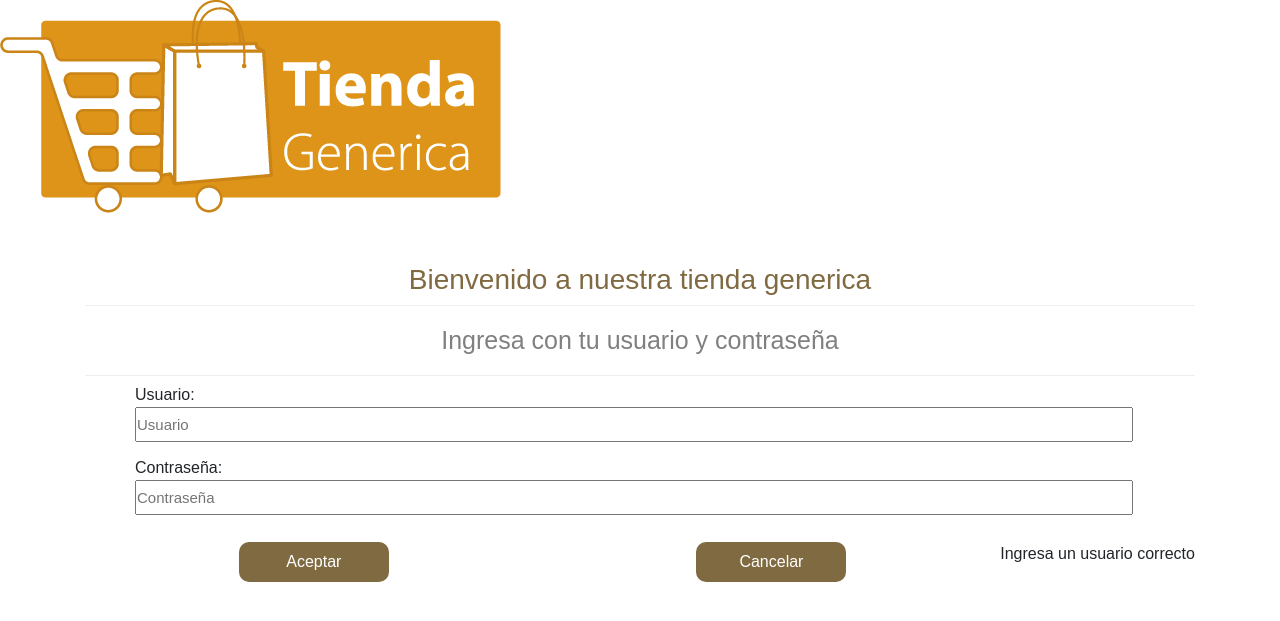
Repository: andresrojas686/tiendaGenericaMintic
Page: primerJSP/src/main/webapp/index.html
The author's editor kept a copy of each file at every save. The page is drawn from the files as they stood at one save, then again after the next save.
The browser window is 1280 px wide. The pictures show the whole page.

Above is the page before, as saved 2021-09-27 02:01:16.

### primerJSP/src/main/webapp/index.html
<!DOCTYPE html>
<html>
<head>
<meta charset="ISO-8859-1">
<link rel="stylesheet" href="style/styles.css">
<link rel="stylesheet" href="style/main.css">
<link rel="shortcut icon" href="img/logo_pestana.png" />
<title>Tienda generica Eclipse</title>
</head>
<body>
	<img alt="" src="img/logo_header.png" class="logo">
	<h1 class="titulo-tienda">Bienvenido a nuestra tienda generica</h1>
	<section class="main">
		<div class="container">
			<section class="row">
				<div class="col">
					<div class="border-top border-bottom py-3">
						<p class="ingresa">Ingresa con tu usuario y contraseña</p>
				    </div>
				    <div>
						<form action="comprobarUsuario.jsp" method="post">
							<label for="usuario">
								<span>Usuario:</span>
								<input type="text" name="usuario" placeholder="Usuario" id="usuario">
							</label>
							<label for="pass">
								<span>Contraseña:</span>
								<input type="password" name="pass" placeholder="Contraseña" id="pass">
							</label>
							<div class="contenedor-botones">
								<input type="submit" value="Aceptar" class="botones-usuario">
								<input type="reset" value="Cancelar" class="botones-usuario">
								<br>
								<p id="demo"></p>
							</div>
						</form>
					</div>
				</div>
			</section>
		</div>
	</section>
	<script>
		document.getElementById("demo").innerHTML = "Ingresa un usuario correcto";
	</script>
</body>
</html>

### primerJSP/src/main/webapp/style/styles.css
@charset "ISO-8859-1";
*{
    margin: 0;
    padding: 0;
}
body{
	background-color: red;
}
.titulo-tienda{
  text-align: center;
  margin-top: 50px;
  font-family:Arial, Helvetica, sans-serif;
  font-size: 28px;
  color: #806a41;
}
.ingresa{
  text-align: center;
  font-size: 25px;
  color: grey;
}
form label{
  margin-left: 50px;
  margin-top: 7px;
  margin-bottom: 7px;
}
.usuario{
  display: flex;
}
form label input{
  flex-wrap: wrap;
  width: 78vw;
  height: 35px;
  font-size: 15px;
  /* border-radius: 5px; */
}
.contenedor-botones{
  margin-top: 20px;
  display: flex;
  width: 100%;
}

.botones-usuario{
  margin: 0 auto;
  width: 150px;
  height: 40px;
  color: white;
  border: 2px solid #806a41;
  background-color: #806a41;
  border-radius: 10px;
  cursor: pointer;
}
.botones-usuario a{
  color: white;
}
.botones-usuario:hover{
  background-color: white;
  color: #806a41;
  box-shadow: 3px 3px 3px gray;
}
.enlace-usuario{
  text-align: center;
  padding-top: 5px;
  width: 150px;
  height: 40px;
  color: white;
  border: 2px solid #806a41;
  background-color: #806a41;
  border-radius: 10px;
}
.enlace-usuario:hover{
  text-align: center;
  padding-top: 5px;
  width: 150px;
  height: 40px;
  color: white;
  border: 2px solid #806a41;
  background-color: white;
  color: #806a41;
  border-radius: 10px;
}

.agregar-usuario{
  background-color: #806a41 !important;
  border: none !important;
  margin-top: 15px;
}
.agregar-usuario:hover{
  box-shadow: 3px 3px 3px gray;
}


.editar-usuario{
  background-color: #806a41 !important;
  border: none !important;
  margin: 5px;
}
.editar-usuario:hover{
  box-shadow: 3px 3px 3px gray;
}

.eliminar-usuario{
  background-color: #806a41 !important;
  border: none !important;
  margin: 5px;
}
.eliminar-usuario:hover{
  box-shadow: 3px 3px 3px gray;
}


.titulo-tabla{
  color: #806a41;
}
.titulo-tabla-centrada{
  color: #806a41;
  text-align: center;
}

Loaded but not shown: primerJSP/src/main/webapp/style/main.css (library)

After the next save:
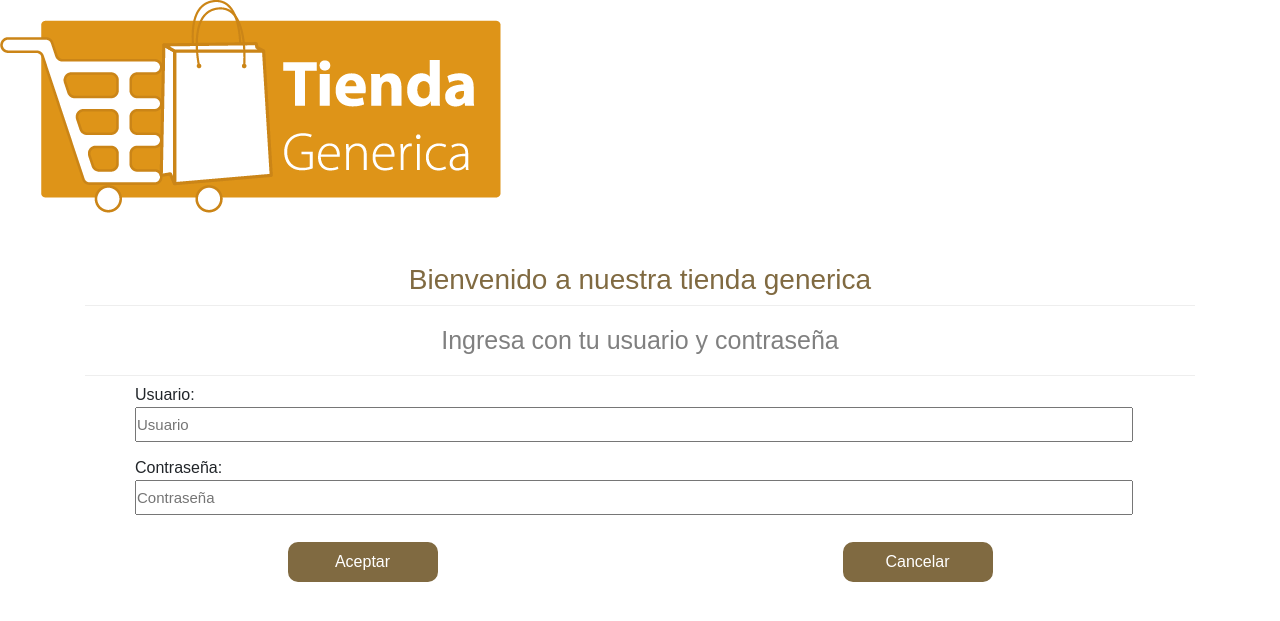
Saved 12 s later.
--- a/primerJSP/src/main/webapp/index.html
+++ b/primerJSP/src/main/webapp/index.html
@@ -39,8 +39,5 @@
 			</section>
 		</div>
 	</section>
-	<script>
-		document.getElementById("demo").innerHTML = "Ingresa un usuario correcto";
-	</script>
 </body>
 </html>
